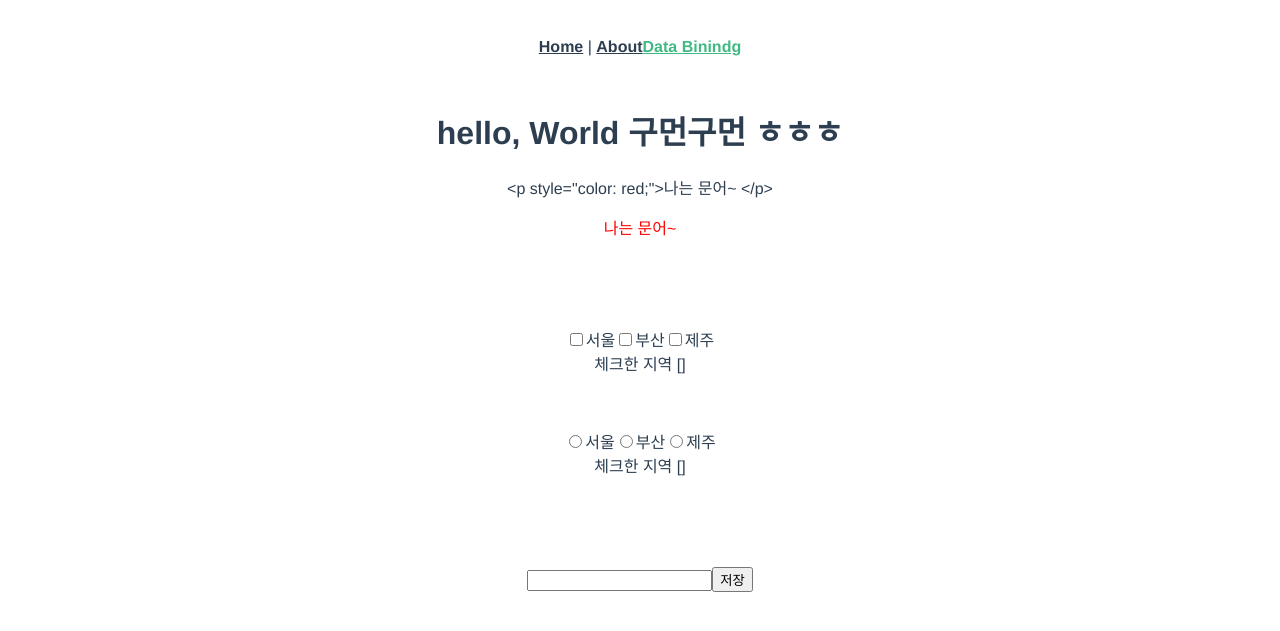
Repository: jang0ha/vue
Page: /databinding
These files come from the project's save history. The page is drawn as it stood at one moment and after the next save; the edit follows.
The browser window is 1280 px wide. The pictures show the whole page.
The project was rebuilt for these pictures with package versions that can differ from the ones it lists, and the page was loaded fresh each time. Also part of the build but not shown: vue.config.js, src/components/HelloWorld.vue, src/views/HomeView.vue, src/views/AboutView.vue.

Above is the page before, as saved 2022-04-06 12:23:58.

### src/App.vue
<template>
  <nav>
    <router-link to="/">Home</router-link> |
    <router-link to="/about">About</router-link>
    <router-link to="/databinding">Data Binindg</router-link>
  </nav>
  <router-view/>
</template>

<style>
#app {
  font-family: Avenir, Helvetica, Arial, sans-serif;
  -webkit-font-smoothing: antialiased;
  -moz-osx-font-smoothing: grayscale;
  text-align: center;
  color: #2c3e50;
}

nav {
  padding: 30px;
}

nav a {
  font-weight: bold;
  color: #2c3e50;
}

nav a.router-link-exact-active {
  color: #42b983;
}
</style>

### src/router/index.js
import { createRouter, createWebHistory } from 'vue-router'
import HomeView from '../views/HomeView.vue'
import AboutView from '../views/AboutView.vue'
import DataBinding from '../views/DataBinding.vue'

const routes = [
  {
    path: '/', //브라우저에서 접속하는 url 주소를 정의
    name: 'home',
    component: HomeView // 지정된path로 들어왔을 때 보여줄 vue 컴포넌트 , 앞으로 구현할 vue 파일을 연결하고, 해당파일을 실행
  },
  {
    path: '/about',
    name: 'about',
    // route level code-splitting  >> 라우트 레벨에서 코드를 분할하는 방법
    // this generates a separate chunk (about.[hash].js) for this route  >> 이 라우트에 대한 chunk파일이 분리되어 생성
    // which is lazy-loaded when the route is visited.  >> 이 라우트에 방문했을떄 지연로드 됩니다.
    // component: () => import(
      /* webpackChunkName: "about" */
    //   '../views/AboutView.vue'
    // )
    component: AboutView
  },
  {
    path: '/databinding',
    name: 'DataBinding',
    // route level code-splitting  >> 라우트 레벨에서 코드를 분할하는 방법
    // this generates a separate chunk (about.[hash].js) for this route  >> 이 라우트에 대한 chunk파일이 분리되어 생성
    // which is lazy-loaded when the route is visited.  >> 이 라우트에 방문했을떄 지연로드 됩니다.
    component:DataBinding
  }
]

const router = createRouter({
  history: createWebHistory(process.env.BASE_URL),
  routes
})

export default router

### src/views/DataBinding.vue
<template>
    <h1>hello, {{title}}</h1>

    <div>
        <div>{{htmlString}}</div>
        <div v-html="htmlString"></div>

        <br><br><br><br>

        <label for="1"><input type="checkbox" name="" id="1" v-model="checked" value="서울">서울</label>
        <label for="2"><input type="checkbox" name="" id="2" v-model="checked" value="부산">부산</label>
        <label for="3"><input type="checkbox" name="" id="3" v-model="checked" value="제주">제주</label>
        <br>
        <span>체크한 지역 {{checked}}</span>
        <br><br><br><br>
        <label for="4"><input type="radio" name="" id="4" v-model="picked" value="서울">서울</label>
        <label for="5"><input type="radio" name="" id="5" v-model="picked" value="부산">부산</label>
        <label for="6"><input type="radio" name="" id="6" v-model="picked" value="제주">제주</label>
        <br>
        <span>체크한 지역 {{picked}}</span>
        <br><br><br><br><br><br>
        <input type="text" name="" id="" v-model="textValue">
        <button type="button" v-bind:disabled="textVaslue==''">저장</button>
    </div>
</template>
<script>
export default {
    data(){ //html과 자바스크립트 코드에서 사용할 데이터 변수 선언
        return {
            title : "World 구먼구먼 ㅎㅎㅎ",
            htmlString:'<p style="color: red;">나는 문어~ </p>',
            checked: [],
            picked:[],
        };
    },

}
</script>

Loaded but not shown: public/index.html (common file); src/main.js (common file)

After the next save:
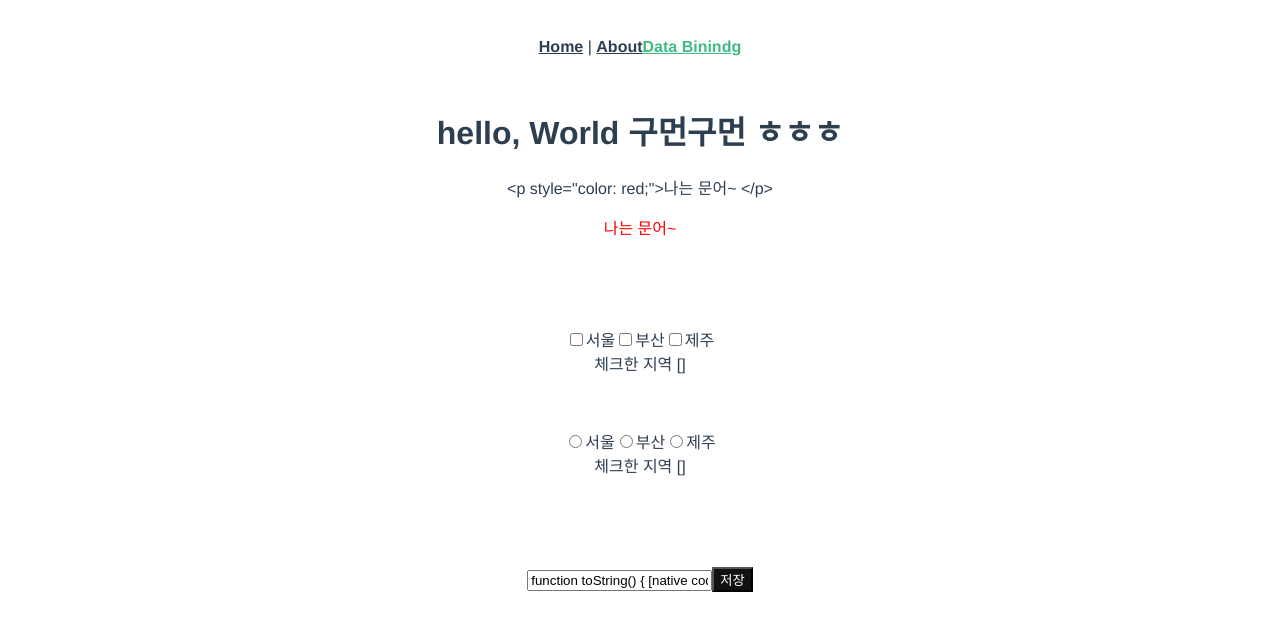
Saved 33 s later.
--- a/src/views/DataBinding.vue
+++ b/src/views/DataBinding.vue
@@ -20,7 +20,7 @@
         <span>체크한 지역 {{picked}}</span>
         <br><br><br><br><br><br>
         <input type="text" name="" id="" v-model="textValue">
-        <button type="button" v-bind:disabled="textVaslue==''">저장</button>
+        <button type="button" style="background:#111; color:#fff;" v-bind:disabled="textVaslue==''">저장</button>
     </div>
 </template>
 <script>
@@ -31,6 +31,7 @@
             htmlString:'<p style="color: red;">나는 문어~ </p>',
             checked: [],
             picked:[],
+            textValue :"".toString
         };
     },
 
